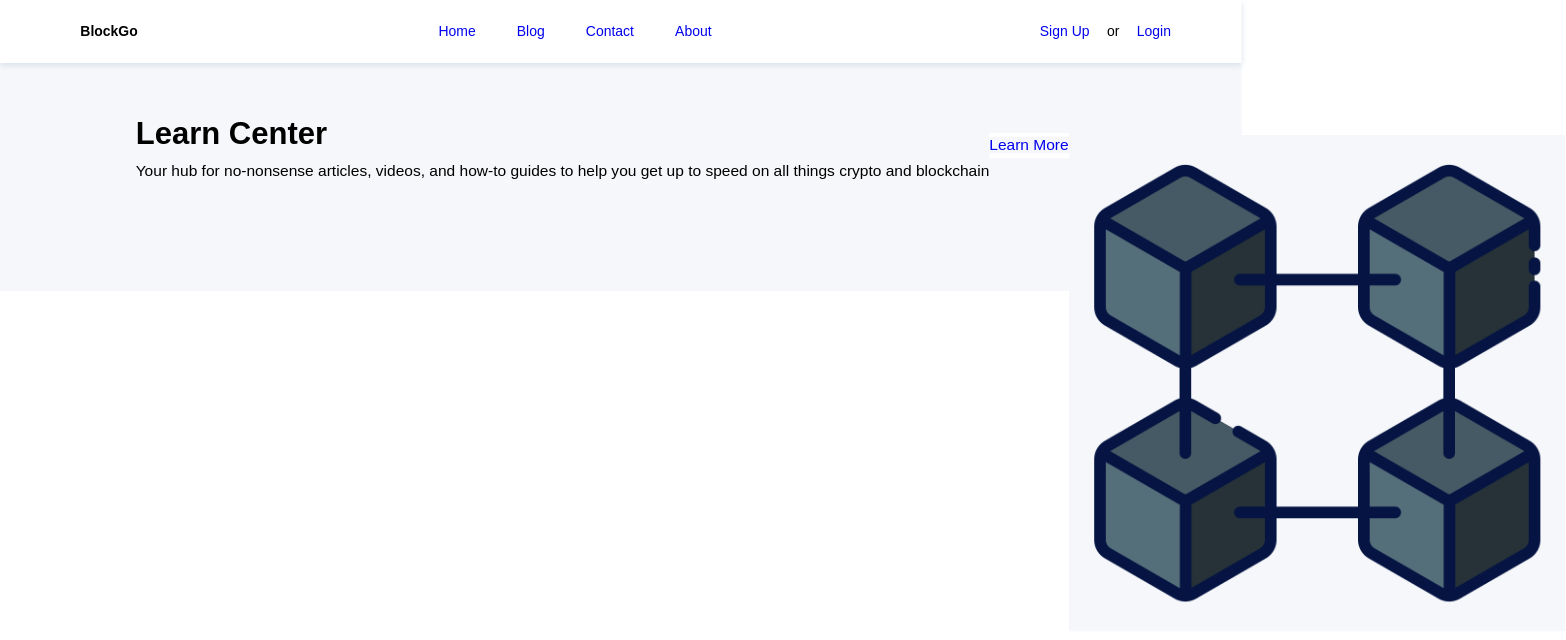
Repository: Tafsirul555/Assignment
Page: Assignment1.html
An editor plug-in stored every save of this project. The page is shown before and after the next save, followed by the edit.
The browser window is 1280 px wide. The page is 1614 px wide, so the pictures cover 1614 px, including what lies to the right of the window. The pictures show the whole page, at 97% of full size.

Above is the page before, as saved 2025-06-06 00:12:53.

After the next save:
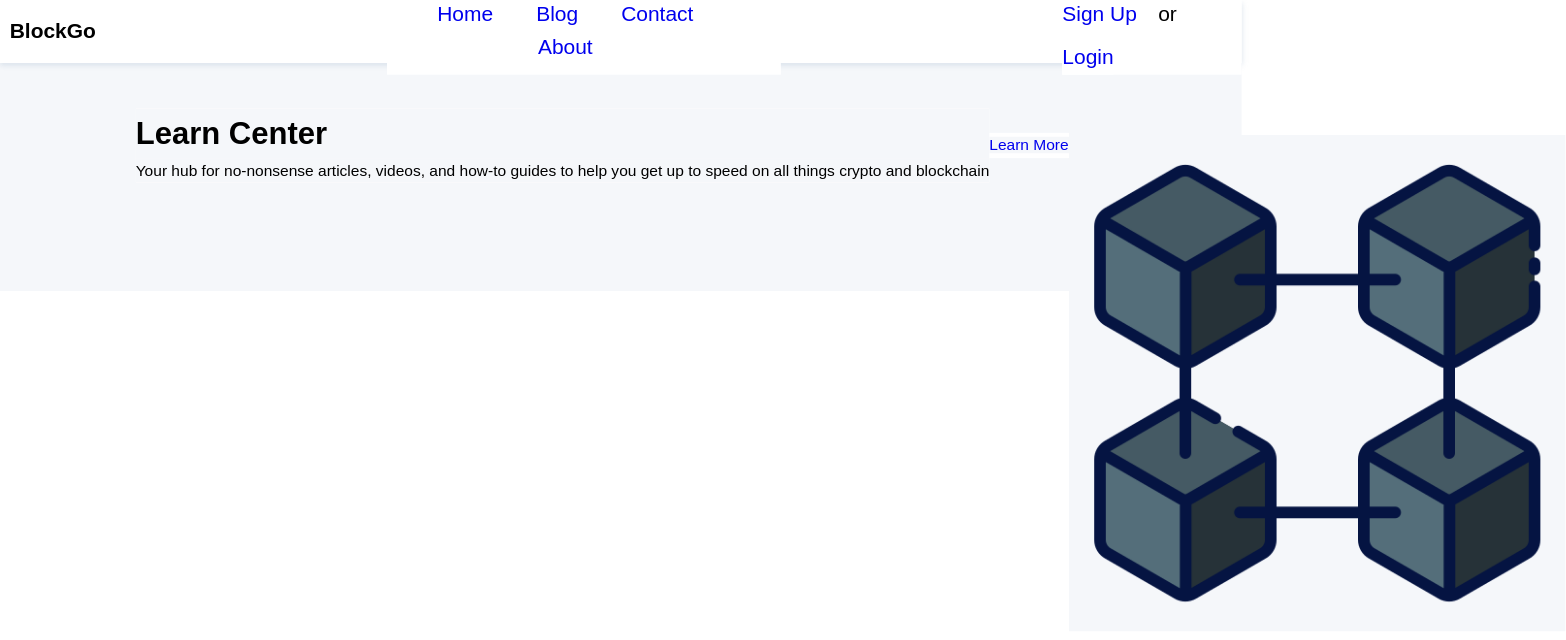
Saved 9 s later.
--- a/Assignment1.css
+++ b/Assignment1.css
@@ -39,7 +39,7 @@
 .navbar h1,
 .navbar p{
     display: inline-block;
-    font-size: 2vh;
+    font-size: 3vh;
 }
 
 .navbar .logo,
